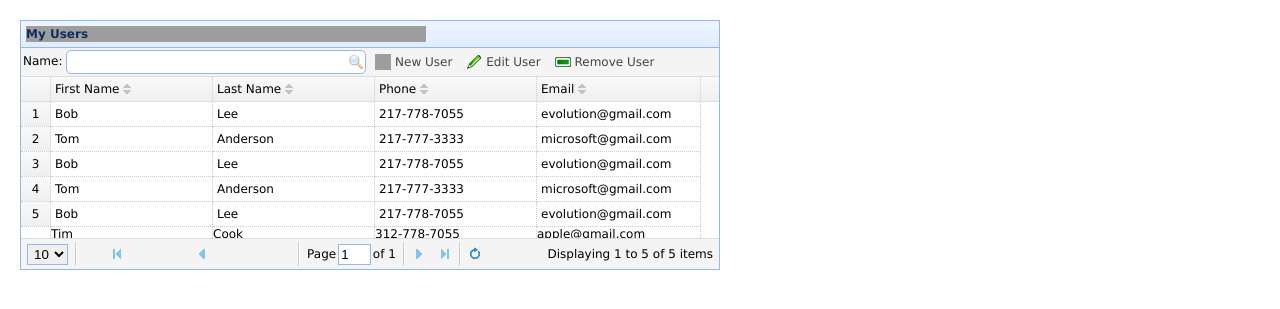
Repository: fslichen/EasyUI_Project_Management
Page: EasyUI_Project_Management/src/main/resources/static/evolution.html
The author's editor kept a copy of each file at every save. The page is drawn from the files as they stood at one save, then again after the next save.
The browser window is 1280 px wide. The pictures show the whole page.
Pictures or frames that could not be fetched are drawn as grey boxes. The page's requests for data from a server got no answer.

Above is the page before, as saved 2017-06-25 12:57:59.

After the next save:
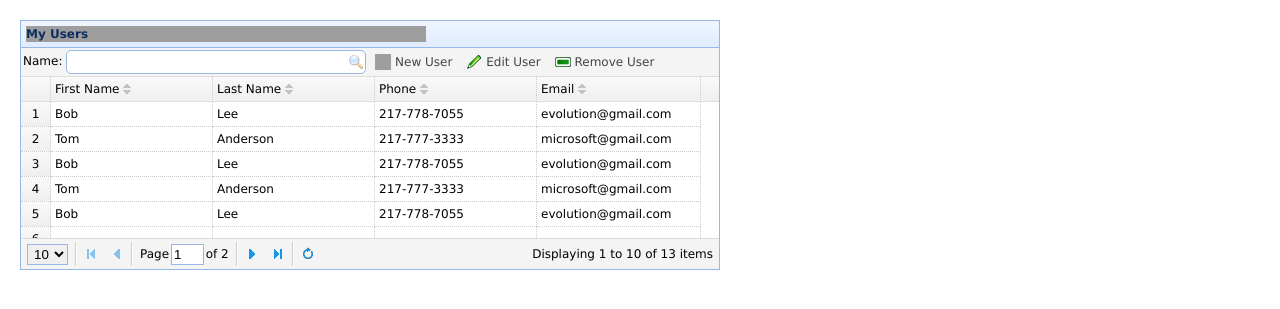
Saved 4 min 24 s later.
--- a/EasyUI_Project_Management/src/main/resources/static/evolution.html
+++ b/EasyUI_Project_Management/src/main/resources/static/evolution.html
@@ -30,7 +30,11 @@ function columns(tableId) {
 	});
 }
 function addRow() {
-	$('tbody').append('<tr><td>Tim</td><td>Cook</td><td>312-778-7055</td><td>apple@gmail.com</td></tr>');
+	$('#dg').datagrid('appendRow',{
+	    name: 'new name',
+	    age: 30,
+	    note: 'some messages'
+	  });
 }
 $(document).ready(function() {
 	var request = {name : 'Chen'};
